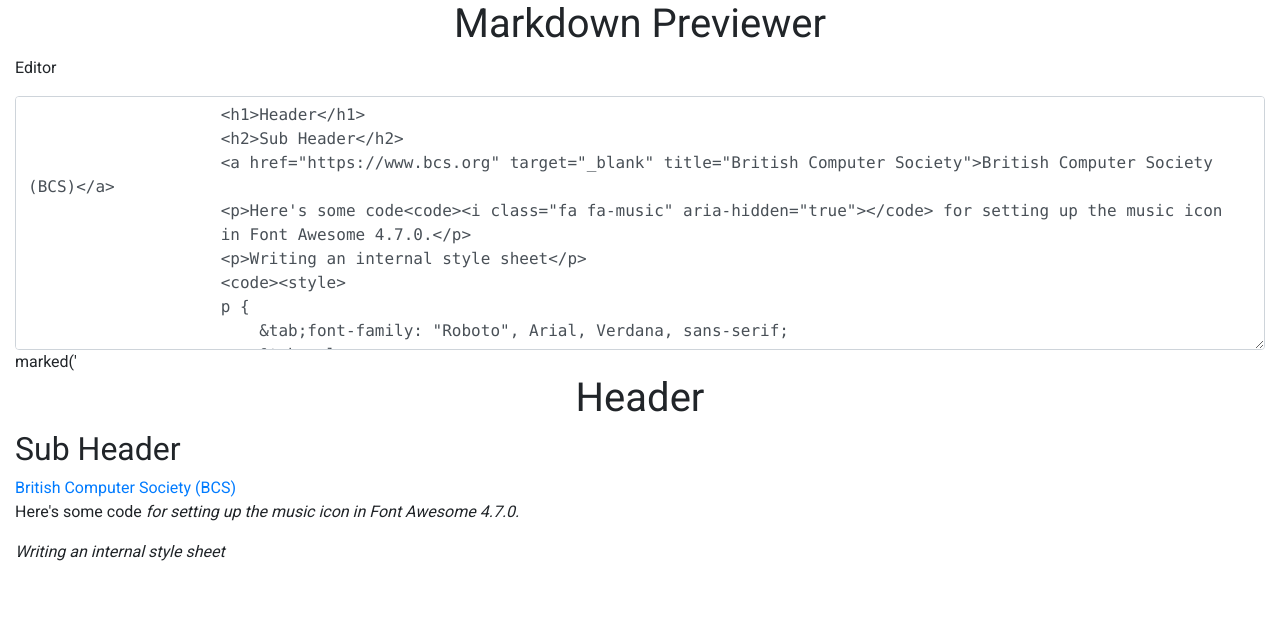
Repository: derektypist/markdown-previewer
Page: index.html
The author's editor kept a record of every edit. The page is drawn from the files as they stood at one moment, then again after the next edit.
The browser window is 1280 px wide. The pictures show the whole page.

Above is the page before.

### index.html
<!DOCTYPE html>
<html lang="en">

<head>
    <meta charset="UTF-8">
    <meta name="viewport" content="width=device-width, initial-scale=1.0">
    <meta http-equiv="X-UA-Compatible" content="ie=edge">
    <title>Markdown Previewer</title>
    <!-- Load Style Sheets -->
    <link rel="stylesheet" href="https://maxcdn.bootstrapcdn.com/bootstrap/4.4.1/css/bootstrap.min.css" integrity="sha384-Vkoo8x4CGsO3+Hhxv8T/Q5PaXtkKtu6ug5TOeNV6gBiFeWPGFN9MuhOf23Q9Ifjh" crossorigin="anonymous">
    <link href="https://fonts.googleapis.com/css?family=Roboto&display=swap" rel="stylesheet">
    <style>
        /* Heading H1 */

        h1 {
            font-family: "Roboto", Arial, Verdana, sans-serif;
            text-align: center;
        }

        /* Editor */

        p {
            font-family: "Roboto", Arial, Verdana, sans-serif;
        }

        #editor {
            font-family: "Consolas", monospace;
        }


        /* Previewer */

        #preview {
            font-family: "Roboto", Arial, Verdana, sans-serif;
        }
    </style>
    <!-- Load Scripts -->
    <script src="https://cdn.jsdelivr.net/npm/marked/marked.min.js"></script>
    <script src="https://ajax.googleapis.com/ajax/libs/jquery/3.4.1/jquery.min.js"></script>
    <script>
        // Define Function
        function displayPreview() {
            // Define Variable
            let userinput = $("#editor").val();

            // If the textarea is blank, display message
            if (userinput.length == 0 ) {
                $("#preview").html(`<h2>Please enter some text</h2>`);
                return;
            }

            // Display Previewed Text
            $("#preview").html(
                `<header>marked('${userinput}')</header>`);

        }


        // Load Function
        $(document).ready(displayPreview);
    </script>
</head>

<body>
    <!-- Set Up Heading -->
    <header class="container-fluid">
        <h1>Markdown Previewer</h1>
    </header>

    <!-- Set Up Section -->
    <section class="container-fluid">
        <!-- Set Up Editor -->
        <article>
            <p>Editor</p>
                <!-- Set Up textarea with Default Value -->
                <textarea class="form-control" id="editor" value="project" rows="10" oninput="displayPreview()">
                    <h1>Header</h1>
                    <h2>Sub Header</h2>
                    <a href="https://www.bcs.org" target="_blank" title="British Computer Society">British Computer Society (BCS)</a>
                    <p>Here's some code<code>&lt;i class=&quot;fa fa-music&quot; aria-hidden=&quot;true&quot;&gt;</code> for setting up the music icon
                    in Font Awesome 4.7.0.</p>
                    <p>Writing an internal style sheet</p>
                    <code>&lt;style&gt;
                    p {
                        &tab;font-family: &quot;Roboto&quot;, Arial, Verdana, sans-serif&semi;
                        &tab:color: green&semi;
                        }</code>
                    <p>Favourite Celebrities</p>
                    <ul>
                        <li>Anna Richardson</li>
                        <li>Kate Garraway</li>
                        <li>Ruth Langsford</li>
                        <li>Susanna Reid</li>
                    </ul>
                    <blockquote cite="https://www.bcs.org">
                        The purpose of the British Computer Society (BCS) is to promote and
                        advance the education and practice of computing for the benefit of the public.
                    </blockquote>
                    <img src="ely-cathedral.JPG" alt="Ely Cathedral"/>
                    <b>Here is some bold text</b>
                    </textarea>

                <!-- Set Up Previewer -->
                <article id="preview"></article>

        </article>
    </section>
</body>

</html>

After the next edit:
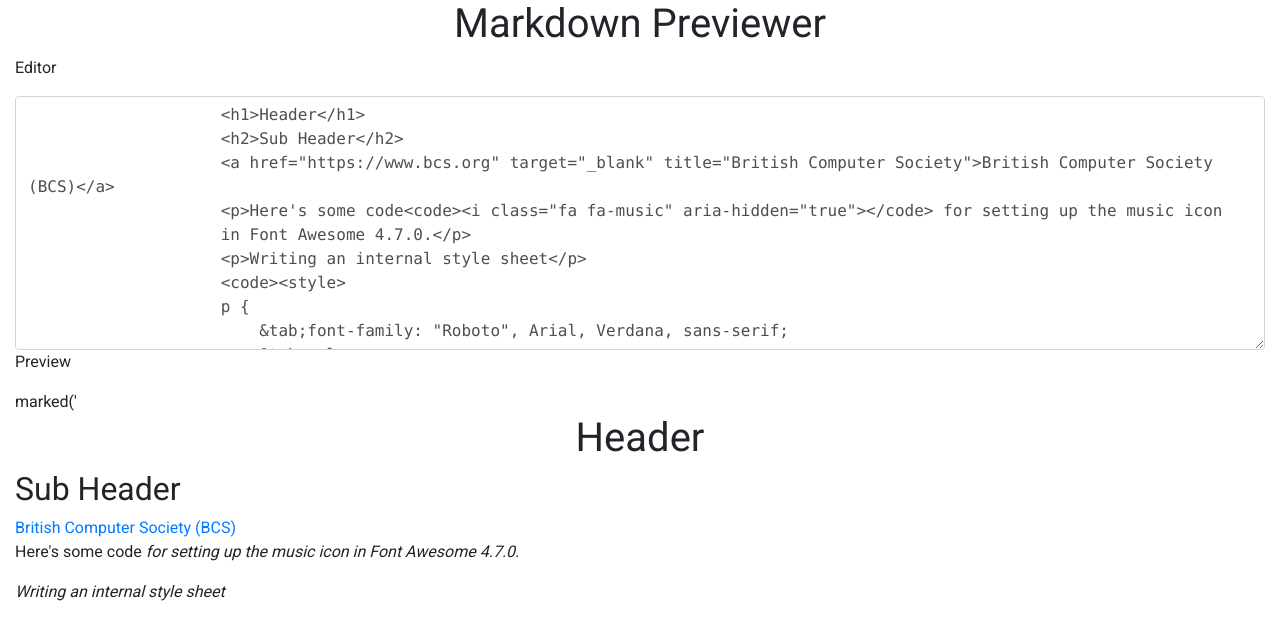
The edit:
--- a/index.html
+++ b/index.html
@@ -101,6 +101,7 @@
                     </textarea>
 
                 <!-- Set Up Previewer -->
+                <p>Preview</p>
                 <article id="preview"></article>
 
         </article>
